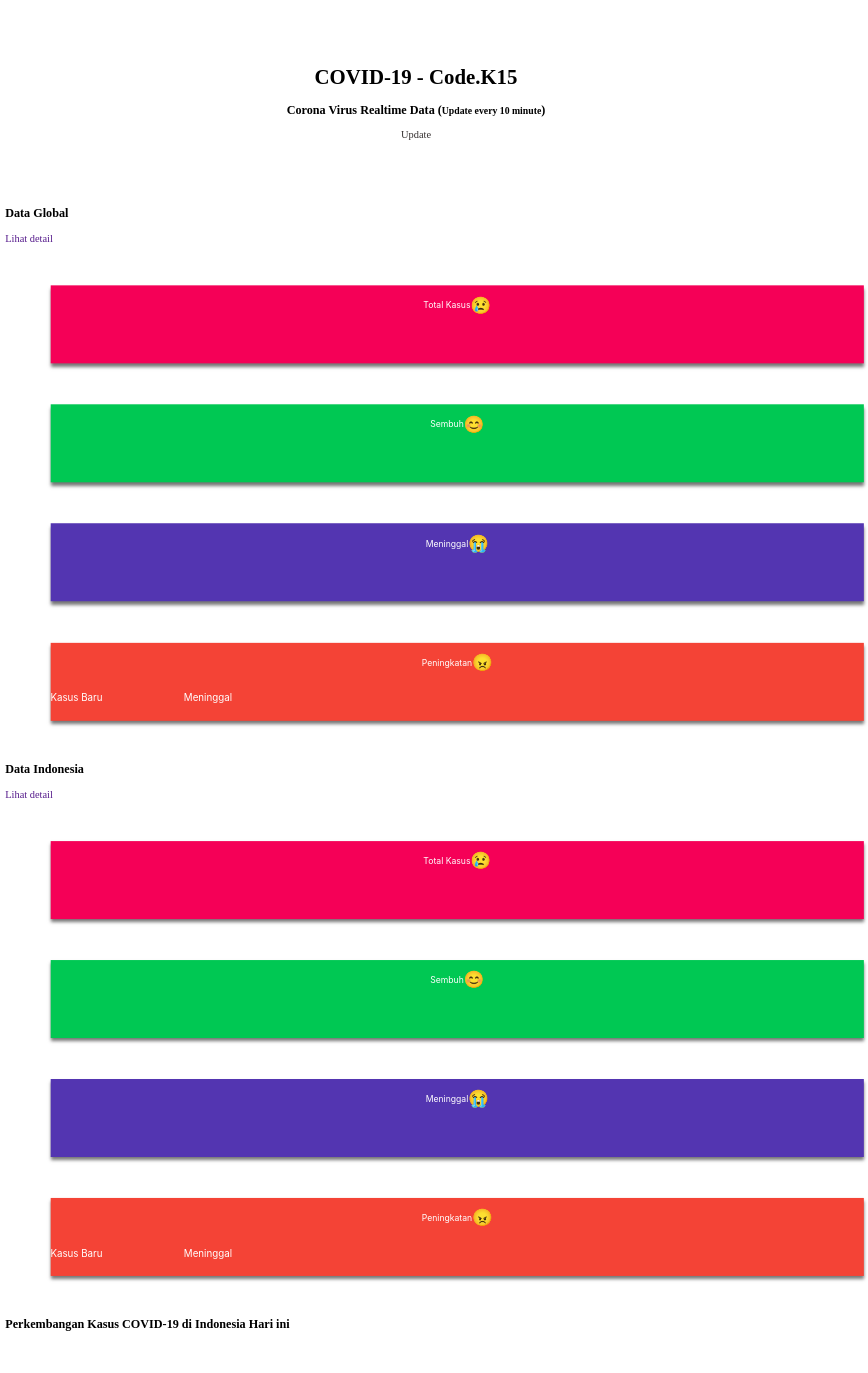
Repository: fathur15/covid19-monitoring
Page: http://localhost/covid19/apps/views/data/main/dashboard.php
These files come from the project's save history. The page is drawn as it stood at one moment and after the next save; the edit follows.
The browser window is 1280 px wide. The page is 1335 px wide, so the pictures cover 1335 px, including what lies to the right of the window. The pictures show the whole page, at 65% of full size.
The page is run by PHP 8.4 with error messages shown; the project is at /var/www/html/.

Above is the page before, as saved 2020-04-14 16:41:34.

### apps/views/data/main/dashboard.php

<style>

    #resumeGlobal p, h5{
        color: white;
        font-weight: 400;
        font-family: -apple-system, BlinkMacSystemFont, 'Segoe UI', Roboto, Oxygen, Ubuntu, Cantarell, 'Open Sans', 'Helvetica Neue', sans-serif
    }
    #resumeIndonesia p, h5{
        color: white;
        font-weight: 400;
        font-family: -apple-system, BlinkMacSystemFont, 'Segoe UI', Roboto, Oxygen, Ubuntu, Cantarell, 'Open Sans', 'Helvetica Neue', sans-serif
    }
    .shadow-box{
        -webkit-box-shadow: 0 15px 10px #777;
        -moz-box-shadow: 0 15px 10px #777;
        box-shadow: 0 5px 5px #777;

    }
    .content-main-wrapper{
        margin: 5% 0;
    }
    /* .shadow-box:after{
        -webkit-transform: rotate(3deg);
        -moz-transform: rotate(3deg);
        -o-transform: rotate(3deg);
        -ms-transform: rotate(3deg);
        transform: rotate(3deg);
        right: 10px;
        left: auto;
    } */

</style>
<div class="content">
    <div class="heading" style="margin: 100px 30%; text-align: center">
        <h1>COVID-19 - Code.K15</h1>
        <h3>Corona Virus Realtime Data (<small style="font-size: 15px">Update every 10 minute</small>)</h3>
        <p id="date-update" style="color: #353030;">Update</p>
    </div>
    <div class="main">
        <div class="container">
            <div class="row content-main-wrapper">
                <div class="head-main-content">
                    <h3>Data Global</h3>
                    <a style="text-decoration: none" href="">Lihat detail  <i class="fas fa-long-arrow-alt-right" aria-hidden="true"></i></a>
                </div>
                <div id="resumeGlobal" class="row" style="width: 100%; margin: 0 5%" >
                        <div class="card col-sm-3 shadow-box" style="background: #f50057; margin:5% 0.5%; align-items: center; height: 120px ">
                            <div class="card-body">
                                <div style="flex-direction: row; display: flex; justify-content: center; align-items: center">
                                    <h5 id="title-kasus-global" class="card-text">Total Kasus</h5>
                                    <span style="color: black; font-size: 25px; text-shadow: 0 0 0 yellow">&#x1F622</span>
                                </div>
                                <p class="card-text" id="kasus-global"></p>
                            </div>
                        </div>
                        <div class="col-sm-3 shadow-box" style="background: #00c853; margin: 5% 0.5%; align-items: center; height: 120px ">
                            <div class="card-body">
                                <div style="flex-direction: row; display: flex; justify-content: center; align-items: center">
                                    <h5 id="title-kasus-global" class="card-text">Sembuh</h5>
                                    <span style="color: black; font-size: 25px; text-shadow: 0 0 0 yellow">&#x1F60A</span>
                                </div>
                                <p class="card-text" id="sembuh-global"></p>
                                <!-- <p style="">Orang</p> -->
                            </div>
                        </div>
                        <div class=" card col-sm-3 shadow-box" style="margin:5% 0.5%;height: 120px;align-items: center;  background :#5335b1">
                            <div class="card-body">
                                <div style="flex-direction: row; display: flex; justify-content: center; align-items: center;">
                                    <h5 id="title-kasus-global" class="card-text">Meninggal</h5>
                                    <span style="color: black; font-size: 25px; text-shadow: 0 0 0 yellow">&#x1F62D</span>
                                </div>
                                <p class="card-text" id="meninggal-global"></p>
                                <!-- <p style="">Orang</p> -->
                            </div>
                        </div>
                        <div class="card col-sm-3 shadow-box" style="margin:5% 0.5%; height: 120px; background: #f44336">
                            <div class="card-body">
                                <div style="flex-direction: row; display: flex; justify-content: center; align-items: center;">
                                    <h5 id="title-kasus-global" class="card-text">Peningkatan</h5>
                                    <span style="color: black; font-size: 25px; text-shadow: 0 0 0 yellow">&#x1F620</span>
                                </div>
                                <div style="flex-direction: row; display: flex;">
                                    <p style="font-size: 15px">Kasus Baru</p>
                                    <p style="margin-left: 10%; font-size: 15px">Meninggal </p>
                                </div>
                                <div style="display: flex; margin-top: -9%">
                                    <p style="font-size: 15px" class="card-text" id="kasus-baru-global"></p>
                                    <p style="margin-left: 10%; font-size: 15px" class="card-text" id="meninggal-baru-global"></p>
                                </div>
                            </div>
                        </div>
                    </div>
                </div>
            <div class="row content-main-wrapper" >
                <div class="head-main-content">
                    <h3>Data Indonesia</h3>
                    <a style="text-decoration: none" href="">Lihat detail  <i class="fas fa-long-arrow-alt-right" aria-hidden="true"></i></a>
                </div>
                <div  id="resumeIndonesia" class="row" style="width: 100%; margin: 0 5%;" >
                    <div class="card col-sm-3 shadow-box" style="background: #f50057; margin: 5% 0.5%; align-items: center; height: 120px ">
                        <div class="card-body">
                            <div style="flex-direction: row; display: flex; justify-content: center; align-items: center">
                                <h5 id="title-kasus-indonesia" class="card-text">Total Kasus</h5>
                                <span style="color: black; font-size: 25px; text-shadow: 0 0 0 yellow">&#x1F622</span>
                            </div>
                            <p style="font-size: 14px" class="card-text" id="kasus-indonesia"></p>
                        </div>
                    </div>
                    <div class="card col-sm-3 shadow-box" style="background: #00c853; margin: 5% 0.5%; align-items: center; height: 120px ">
                        <div class="card-body">
                            <div style="flex-direction: row; display: flex; justify-content: center; align-items: center">
                                <h5 id="title-kasus-indonesia" class="card-text">Sembuh</h5>
                                <span style="color: black; font-size: 25px; text-shadow: 0 0 0 yellow">&#x1F60A</span>
                            </div>
                            <p class="card-text" id="sembuh-indonesia"></p>
                        </div>
                    </div>
                    <div class="card col-sm-3 shadow-box" style="margin: 5% 0.5%; height: 120px;align-items: center;  background :#5335b1">
                        <div class="card-body">
                            <div style="flex-direction: row; display: flex; justify-content: center; align-items: center;">
                                <h5 id="title-kasus-indonesia" class="card-text">Meninggal</h5>
                                <span style="color: black; font-size: 25px; text-shadow: 0 0 0 yellow">&#x1F62D</span>
                            </div>
                            <p class="card-text" id="meninggal-indonesia"></p>
                        </div>
                    </div>
                    <div class="card col-sm-3 shadow-box" style="margin: 5% 0.5%; height: 120px; background: #f44336">
                        <div class="card-body">
                            <div style="flex-direction: row; display: flex; justify-content: center; align-items: center;">
                                <h5 id="title-kasus-indonesia" class="card-text">Peningkatan</h5>
                                <span style="color: black; font-size: 25px; text-shadow: 0 0 0 yellow">&#x1F620</span>
                            </div>
                            <div style="flex-direction: row; display: flex;">
                                <p style="font-size: 15px">Kasus Baru</p>
                                <p style="margin-left: 10%; font-size: 15px">Meninggal </p>
                            </div>
                            <div style="display: flex; margin-top: -9%">
                                <p style="font-size: 15px" class="card-text" id="kasus-baru-indonesia"></p>
                                <p style="margin-left: 10%; font-size: 15px" class="card-text" id="meninggal-baru-indonesia"></p>
                            </div>
                        </div>
                    </div>
                </div>
            </div>
            <div class="row content-main-wrapper" >
                <div class="head-main-content">
                    <h3>Perkembangan Kasus COVID-19 di Indonesia Hari ini</h3>
                </div>
            </div>
        </div>
    </div>
</div>

After the next save:
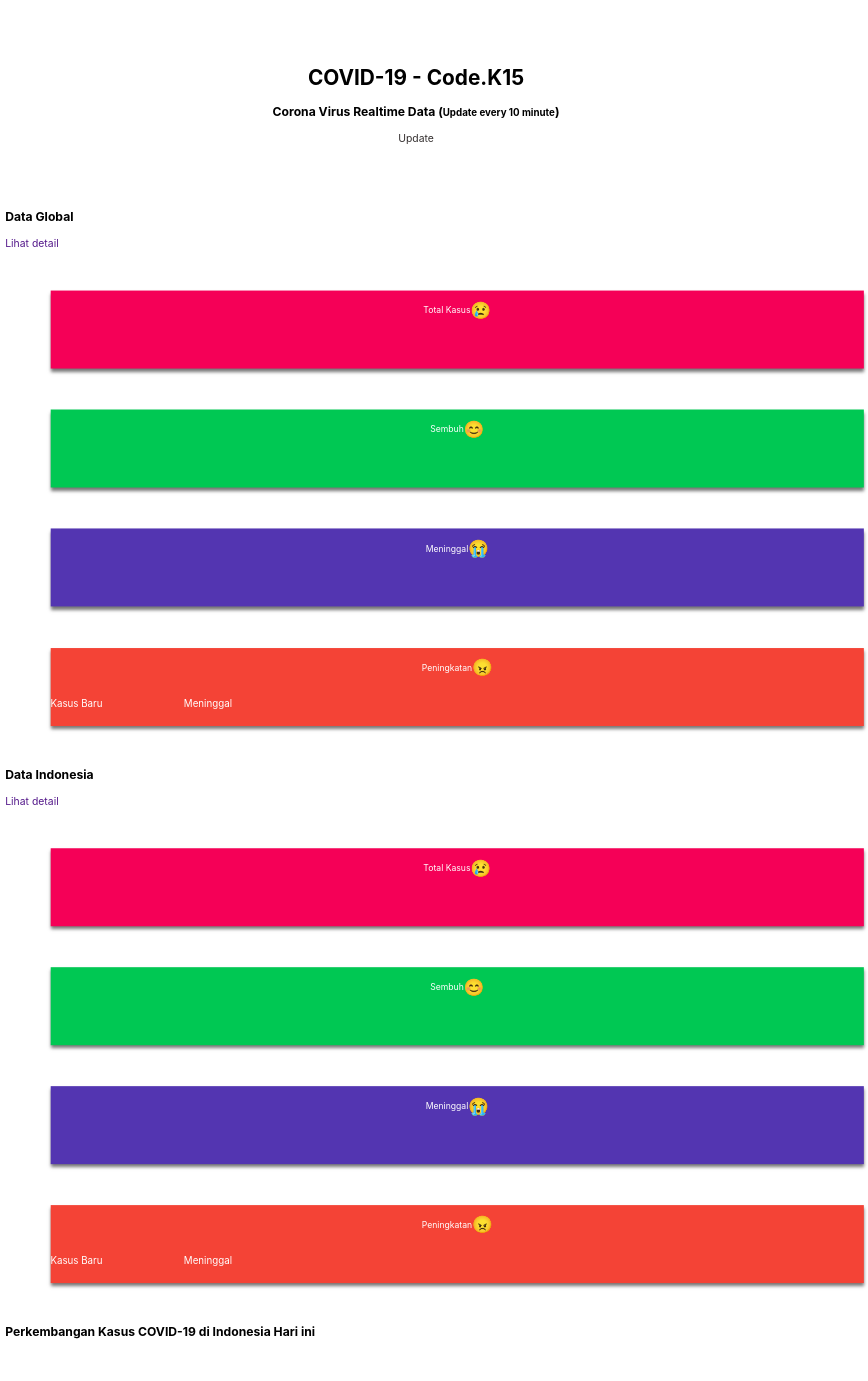
Saved 3 min 44 s later.
--- a/apps/views/data/main/dashboard.php
+++ b/apps/views/data/main/dashboard.php
@@ -1,15 +1,11 @@
 
 <style>
-
-    #resumeGlobal p, h5{
+    *{
+        font-family: -apple-system, BlinkMacSystemFont, 'Segoe UI', Roboto, Oxygen, Ubuntu, Cantarell, 'Open Sans', 'Helvetica Neue', sans-serif
+    }
+    .resume p, h5{
         color: white;
         font-weight: 400;
-        font-family: -apple-system, BlinkMacSystemFont, 'Segoe UI', Roboto, Oxygen, Ubuntu, Cantarell, 'Open Sans', 'Helvetica Neue', sans-serif
-    }
-    #resumeIndonesia p, h5{
-        color: white;
-        font-weight: 400;
-        font-family: -apple-system, BlinkMacSystemFont, 'Segoe UI', Roboto, Oxygen, Ubuntu, Cantarell, 'Open Sans', 'Helvetica Neue', sans-serif
     }
     .shadow-box{
         -webkit-box-shadow: 0 15px 10px #777;
@@ -44,7 +40,7 @@
                     <h3>Data Global</h3>
                     <a style="text-decoration: none" href="">Lihat detail  <i class="fas fa-long-arrow-alt-right" aria-hidden="true"></i></a>
                 </div>
-                <div id="resumeGlobal" class="row" style="width: 100%; margin: 0 5%" >
+                <div id="resumeGlobal" class="row resume" style="width: 100%; margin: 0 5%" >
                         <div class="card col-sm-3 shadow-box" style="background: #f50057; margin:5% 0.5%; align-items: center; height: 120px ">
                             <div class="card-body">
                                 <div style="flex-direction: row; display: flex; justify-content: center; align-items: center">
@@ -97,7 +93,7 @@
                     <h3>Data Indonesia</h3>
                     <a style="text-decoration: none" href="">Lihat detail  <i class="fas fa-long-arrow-alt-right" aria-hidden="true"></i></a>
                 </div>
-                <div  id="resumeIndonesia" class="row" style="width: 100%; margin: 0 5%;" >
+                <div  id="resumeIndonesia" class="row resume" style="width: 100%; margin: 0 5%;" >
                     <div class="card col-sm-3 shadow-box" style="background: #f50057; margin: 5% 0.5%; align-items: center; height: 120px ">
                         <div class="card-body">
                             <div style="flex-direction: row; display: flex; justify-content: center; align-items: center">
